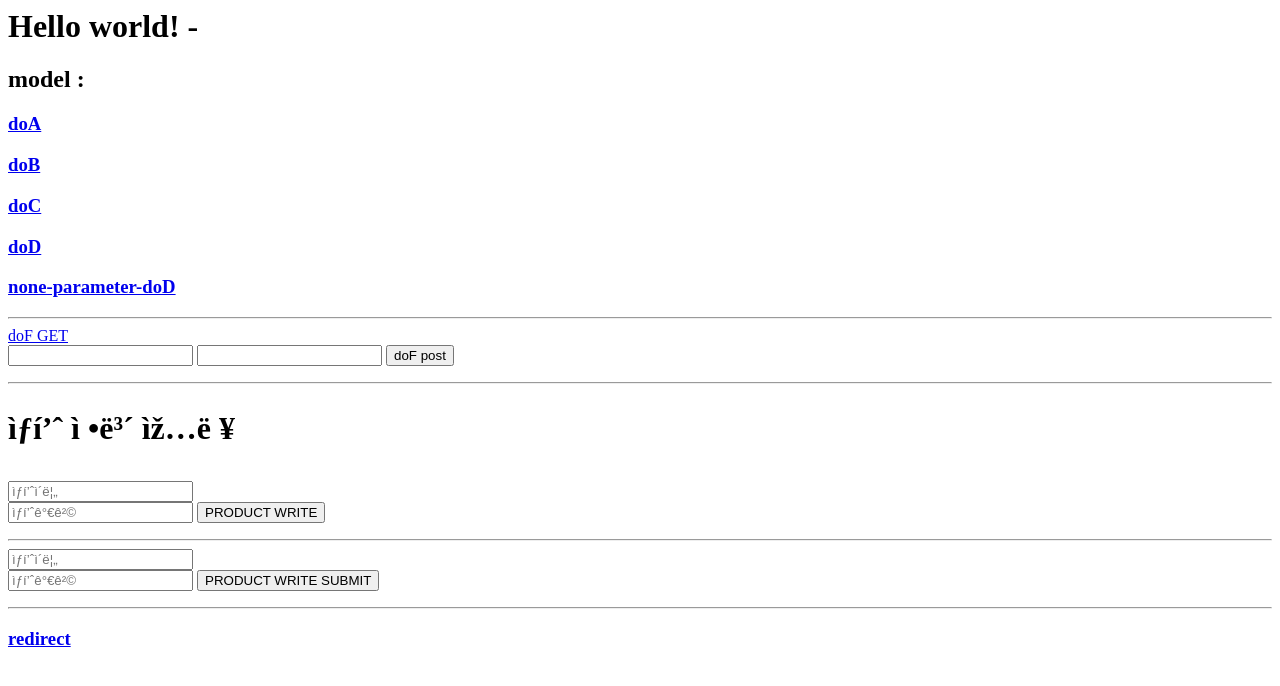
Repository: nanaball/springgg
Page: http://localhost/mvc_part01_controller/doC
The author's editor kept a copy of each file at every save. The page is drawn from the files as they stood at one save, then again after the next save.
The browser window is 1280 px wide. The pictures show the whole page.
The page is served by Tomcat 9. The template is opened directly, without the code that normally fills it, so the values that code supplies are empty.

Above is the page before, as saved 2024-02-05 06:58:47.

After the next save:
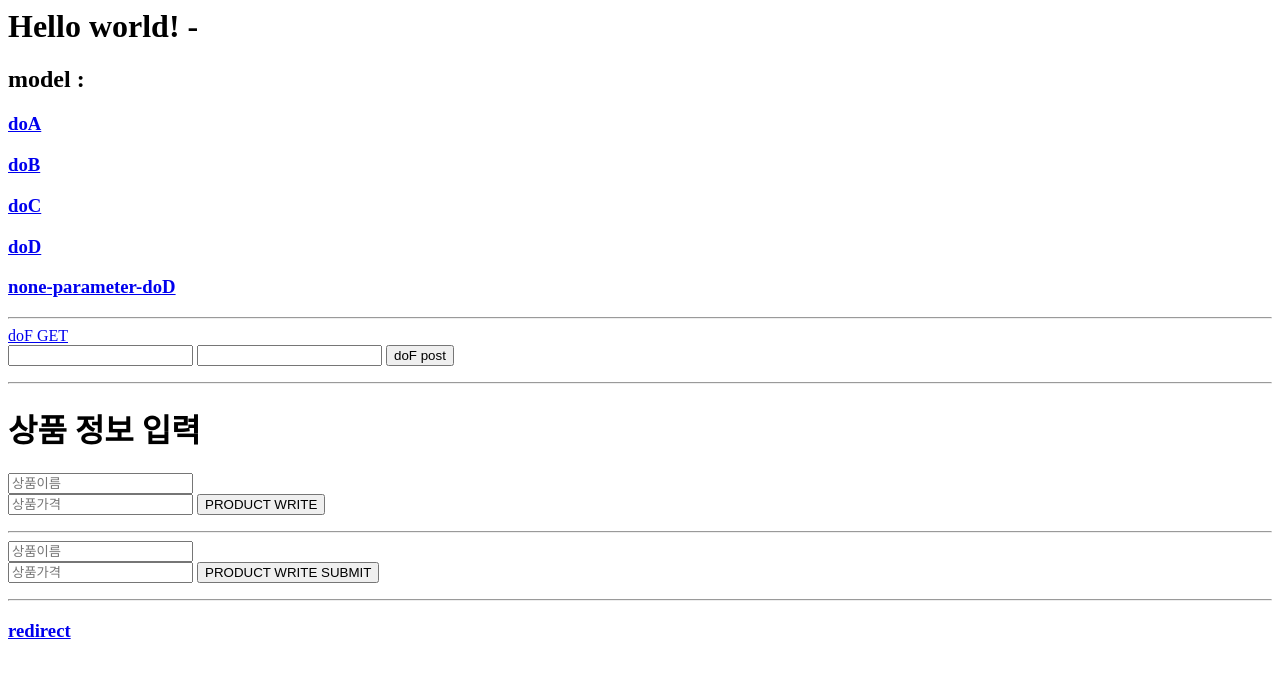
Saved 5 s later.
--- a/workspace/mvc_part01_controller/src/main/webapp/WEB-INF/views/home.jsp
+++ b/workspace/mvc_part01_controller/src/main/webapp/WEB-INF/views/home.jsp
@@ -1,5 +1,5 @@
 <%@ taglib uri="http://java.sun.com/jsp/jstl/core" prefix="c"%>
-<%@ page session="true"%>
+<%@ page session="true" pageEncoding="utf-8"%>
 <html>
 <head>
 	<title>Home</title>
@@ -42,7 +42,7 @@
 
 	<hr/>
 
-	<!-- 요청 처리후 목록으로 가야하는데 ㄱㅖ산할 필요 없이 화면 요청처리 할 수 있음 -->
+	<!-- redirect : 요청 처리후 목록으로 가야하는데 ㄱㅖ산할 필요 없이 화면 요청처리 할 수 있음 -->
 	<h3><a href="redirect">redirect</a></h3>
 </body>
 </html>
